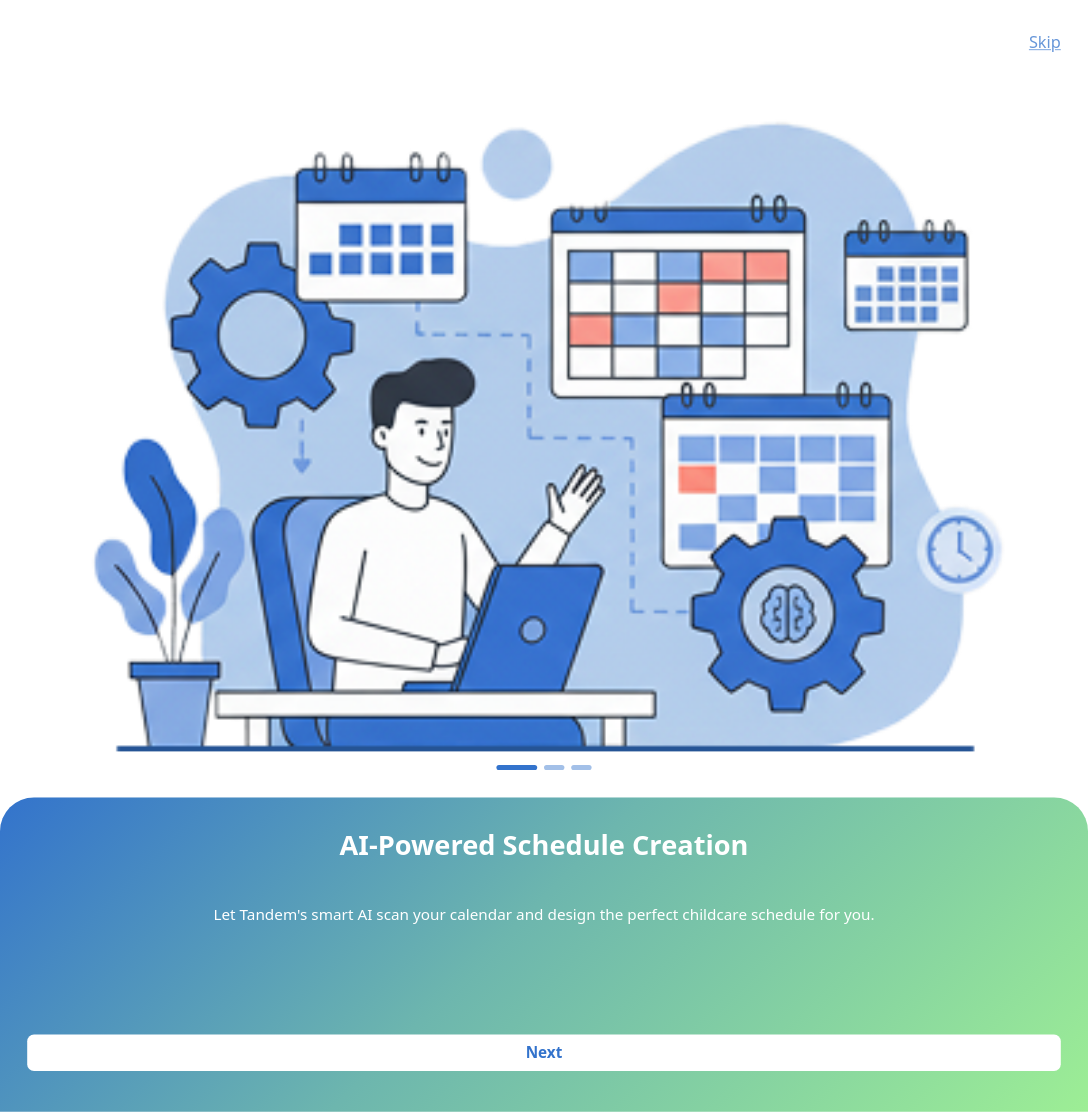
Repository: IDSP-TRADECARE/Tandem
Page: /boarding/features
These files come from the project's save history. The page is drawn as it stood at one moment and after a run of saves; the edit follows.
The browser window is 1280 px wide. The pictures show the whole page, at 85% of full size.
The page's requests for data from a server got no answer. Some web fonts or font styles are not loaded; a fallback is used. The project was rebuilt for these pictures with package versions that can differ from the ones it lists, and the page was loaded fresh each time. Some packages were replaced by stand-ins written for this rebuild. The framework's server and built-in components were replaced by stand-ins that run in the browser. No one was signed in, and anything a server would have sent is missing. Also part of the build but not shown: next.config.ts, src/app/components/auth/AuthGuard.tsx.

Above is the page before, as saved 2025-11-23 00:28:35.

### src/app/layout.tsx
/* eslint-disable @next/next/no-page-custom-font */
import { ClerkProvider } from '@clerk/nextjs'
import { SocketProvider } from '@/lib/socket/SocketContext'
import './globals.css'
import type { Metadata } from "next";
import { AuthWrapper } from './components/auth/AuthWrapper';


export const metadata: Metadata = {
  title: "Tandem",
  description: "Share childcare with your community",
  icons: {
    icon: 'brand/logoColor.svg',
  },
};

export default function RootLayout({
  children,
}: Readonly<{
  children: React.ReactNode;
}>) {
  return (
    <ClerkProvider>
      <html lang="en">
        <head>
          {/* Omnes Pro from Adobe Fonts */}
          <link rel="stylesheet" href="https://use.typekit.net/pku8yek.css" />

          {/* Alan Sans from Google Fonts */}
          <link rel="preconnect" href="https://fonts.googleapis.com" />
          <link rel="preconnect" href="https://fonts.gstatic.com" crossOrigin="anonymous" />
          <link href="https://fonts.googleapis.com/css2?family=Alan+Sans:wght@300..900&display=swap" rel="stylesheet" />
        </head>
        <body className="antialiased">
          <SocketProvider>
            <AuthWrapper>
              {children}
            </AuthWrapper>
          </SocketProvider>
        </body>
      </html>
    </ClerkProvider>
  )
}

### src/app/boarding/features/page.tsx
"use client";
import { useState } from "react";
import { useRouter } from "next/navigation";
import styles from "./features.module.css";

const features = [
    {
        id: 1,
        title: "AI-Powered Schedule Creation",
        description:
            "Let Tandem's smart AI scan your calendar and design the perfect childcare schedule for you.",
        imgSrc: "/boarding/Graphic-ai-powered-feature1.png",
    },
    {
        id: 2,
        title: "Seamless Nanny Booking",
        description:
            "Effortlessly discover and book reliable nannies tailored to your family's needs.",
        imgSrc: "/boarding/Seamless-nanny-booking-feature2.png",
    },
    {
        id: 3,
        title: "Intelligent Nanny Sharing",
        description:
            "Team up with nearby families to share trusted nannies, cutting costs while building lasting connections.",
        imgSrc: "/boarding/Intelligent-nanny-sharing-feature3.png",
    },
];

export default function FeaturesPage() {
    const [currentIndex, setCurrentIndex] = useState(0);
    const router = useRouter();

    const handleNext = () => {
        if (currentIndex < features.length - 1) {
            setCurrentIndex(currentIndex + 1);
        } else {
            router.push("./sign-up");
        }
    };

    const handleSkip = () => {
        router.push("./sign-up");
    };

    const handlePrevious = () => {
        if (currentIndex > 0) {
            setCurrentIndex(currentIndex - 1);
        }
    };

    const currentFeature = features[currentIndex];
    const showPrevious = currentIndex > 0;

    return (
        <div className={styles.container}>
            <button
                className={styles.skipButton}
                onClick={handleSkip}
            >
                Skip
            </button>

            <div className={styles.imageSection}>
                <div className={styles.imageContainer}>
                    <img
                        src={currentFeature.imgSrc}
                        alt={`Feature ${currentFeature.id}`}
                    />
                </div>
                <div className={styles.progressDots}>
                    {features.map((_, index) => (
                        <div
                            key={index}
                            className={`${styles.dot} ${
                                index === currentIndex ? styles.active : ""
                            }`}
                        />
                    ))}
                </div>
            </div>

            <div className={styles.contentButtons}>
                <div className={styles.content}>
                    <h1 className={styles.title}>{currentFeature.title}</h1>
                    <p className={styles.description}>
                        {currentFeature.description}
                    </p>
                </div>
                <div className={styles.navigationButtons}>
                    {showPrevious && (
                        <button
                            className={styles.previousButton}
                            onClick={handlePrevious}
                        >
                            Previous
                        </button>
                    )}
                    <button
                        className={styles.nextButton}
                        onClick={handleNext}
                    >
                        Next
                    </button>
                </div>
            </div>
        </div>
    );
}

### src/lib/socket/SocketContext.tsx
'use client';

import { createContext, useContext, useEffect, useState } from 'react';
import { io, Socket } from 'socket.io-client';
import { ClientToServerEvents, ServerToClientEvents } from './types';

type TypedSocket = Socket<ServerToClientEvents, ClientToServerEvents>;

interface SocketContextType {
  socket: TypedSocket | null;
  isConnected: boolean;
}

const SocketContext = createContext<SocketContextType>({
  socket: null,
  isConnected: false,
});

export function SocketProvider({ children }: { children: React.ReactNode }) {
  const [socket, setSocket] = useState<TypedSocket | null>(null);
  const [isConnected, setIsConnected] = useState(false);

  useEffect(() => {
    const socketUrl = process.env.NEXT_PUBLIC_SOCKET_URL || 'http://localhost:3001';

    console.log('Connecting to Socket.IO server:', socketUrl);

    const socketInstance: TypedSocket = io(socketUrl, {
      transports: ['websocket', 'polling'],
    });

    socketInstance.on('connect', () => {
      console.log('✅ Socket connected:', socketInstance.id);
      setIsConnected(true);
    });

    socketInstance.on('disconnect', () => {
      console.log('❌ Socket disconnected');
      setIsConnected(false);
    });

    socketInstance.on('connect_error', (error) => {
      console.error('Socket connection error:', error);
      setIsConnected(false);
    });

    setSocket(socketInstance);

    return () => {
      socketInstance.disconnect();
    };
  }, []);

  return (
    <SocketContext.Provider value={{ socket, isConnected }}>
      {children}
    </SocketContext.Provider>
  );
}

export const useSocket = () => useContext(SocketContext);

### src/app/globals.css
@import "tailwindcss";

@theme {
  /* Font families */
  --font-family-alan: "Alan Sans", sans-serif;
  --font-family-omnes: "omnes-pro", sans-serif;

  /* Primary Colors */
  --color-primary: #3373cc;
  --color-primary-lighter: #a3c0e8;
  --color-primary-light: #91b3e3;
  --color-primary-light-hover: #91b3e3;
  --color-primary-light-active: #7aa4de;
  --color-primary-hover: #2b62ad;
  --color-primary-active: #255495;
  --color-primary-dark: #122847;
  --color-primary-dark-hover: #0d1d33;
  --color-primary-dark-active: #060d16;

  /* Secondary Colors */
  --color-secondary: #92f189;
  --color-secondary-lighter: #cef9ca;
  --color-secondary-light: #c4f7bf;
  --color-secondary-light-hover: #c4f7bf;
  --color-secondary-light-active: #b8f6b2;
  --color-secondary-hover: #7ccd74;
  --color-secondary-active: #6bb064;
  --color-secondary-dark: #335430;
  --color-secondary-dark-hover: #253c22;
  --color-secondary-dark-active: #101b0f;

  /* Analogous Colors */
  --color-analogous: #68d5ff;
  --color-analogous-lighter: #bbecff;
  --color-analogous-light: #ade8ff;
  --color-analogous-light-hover: #ade8ff;
  --color-analogous-light-active: #9de4ff;
  --color-analogous-hover: #58b5d9;
  --color-analogous-active: #4c9bba;
  --color-analogous-dark: #244b59;
  --color-analogous-dark-hover: #1a3540;
  --color-analogous-dark-active: #0b171c;

  /* Success */
  --color-success: #95b548;

  /* Warning */
  --color-warning: #d78f26;

  /* Error */
  --color-error: #c43535;

  /* Neutral Colors */
  --color-neutral-50: #e6e6e8;
  --color-neutral-100: #b0b0b8;
  --color-neutral-200: #8a8a96;
  --color-neutral-300: #545466;
  --color-neutral-400: #333349;
  --color-neutral-500: #00001b;
  --color-neutral-600: #000019;
  --color-neutral-700: #000013;
  --color-neutral-800: #00000f;
  --color-neutral-900: #00000b;
}

@layer base {
  :root {
    /* Semantic mappings for shadcn */
    --background: 0 0% 100%;
    --foreground: var(--color-neutral-500);
    --card: 0 0% 100%;
    --card-foreground: var(--color-neutral-500);
    --popover: 0 0% 100%;
    --popover-foreground: var(--color-neutral-500);
    --primary-foreground: 0 0% 98%;
    --secondary-foreground: var(--color-neutral-500);
    --muted: var(--color-neutral-50);
    --muted-foreground: var(--color-neutral-300);
    --accent: var(--color-analogous-light);
    --accent-foreground: var(--color-neutral-500);
    --destructive: var(--color-error);
    --destructive-foreground: 0 0% 98%;
    --border: var(--color-neutral-100);
    --input: var(--color-neutral-100);
    --ring: var(--color-primary);
    --radius: 0.5rem;
    --gradient-primary: linear-gradient(135deg, #3373CC 0%, #6DB6AE 46%, #9DEE95 100%);
  }

  .dark {
    --background: var(--color-neutral-500);
    --foreground: 0 0% 98%;
    --card: var(--color-neutral-400);
    --card-foreground: 0 0% 98%;
    --popover: var(--color-neutral-400);
    --popover-foreground: 0 0% 98%;
    --primary-foreground: var(--color-neutral-500);
    --secondary-foreground: 0 0% 98%;
    --muted: var(--color-neutral-300);
    --muted-foreground: var(--color-neutral-100);
    --accent: var(--color-analogous-dark);
    --accent-foreground: 0 0% 98%;
    --destructive-foreground: 0 0% 98%;
    --border: var(--color-neutral-300);
    --input: var(--color-neutral-300);
    --ring: var(--color-primary-light);
    --gradient-primary: linear-gradient(135deg, #3373CC 0%, #6DB6AE 46%, #9DEE95 100%);
  }

  /* Font utilities */
  .font-alan {
    font-family: var(--font-family-alan);
    font-optical-sizing: auto;
  }

  .font-omnes {
    font-family: var(--font-family-omnes);
  }
}

/* FullCalendar Custom Styles */
.fullcalendar-container {
  font-family: inherit;
}

.fc {
  font-size: 14px;
}

.fc .fc-toolbar-title {
  font-size: 1.5rem;
  font-weight: 700;
  color: var(--color-primary);
}

.fc .fc-button {
  background-color: var(--color-primary);
  border-color: var(--color-primary);
  color: white;
  border-radius: 8px;
  padding: 6px 12px;
  font-weight: 600;
}

.fc .fc-button:hover {
  background-color: var(--color-primary-hover);
  border-color: var(--color-primary-hover);
}

.fc .fc-button-active {
  background-color: var(--color-primary-dark);
  border-color: var(--color-primary-dark);
}

.fc .fc-col-header-cell {
  background-color: var(--color-neutral-50);
  padding: 12px;
  font-weight: 600;
  color: var(--color-primary);
}

.fc .fc-daygrid-day-number {
  font-weight: 600;
  color: var(--color-primary);
  padding: 8px;
}

.fc .fc-daygrid-day.fc-day-today {
  background-color: var(--color-primary-lighter) !important;
}

.fc .fc-event {
  border-radius: 6px;
  padding: 4px 6px;
  font-size: 12px;
  font-weight: 600;
  cursor: pointer;
}

.fc .fc-timegrid-event {
  border-radius: 6px;
  padding: 4px;
}

.fc .fc-timegrid-slot {
  height: 3em;
}

.fc .fc-scrollgrid {
  border-color: var(--neutral-100) !important;
}

@layer utilities {
  .bg-gradient-primary {
    background: var(--gradient-primary);
  }
}

### src/app/components/auth/AuthWrapper.tsx
'use client';

import { usePathname } from 'next/navigation';
import { AuthGuard } from './AuthGuard';

export function AuthWrapper({ children }: { children: React.ReactNode }) {
  const pathname = usePathname();

  // Routes that don't require authentication
  const publicRoutes = ['/boarding/features', '/sign-in', '/sign-up'];
  const isPublicRoute = pathname === '/' || publicRoutes.some(route => pathname?.startsWith(route));

  if (isPublicRoute) {
    return <>{children}</>;
  }

  return <AuthGuard>{children}</AuthGuard>;
}

### src/app/boarding/features/features.module.css
.container {
    min-height: 100vh;
    display: flex;
    flex-direction: column;
    background: #fff;
}

.skipButton {
    position: absolute;
    top: 1.75rem;
    right: 1rem;
    background: none;
    border: none;
    color: var(--color-primary);
    font-size: 1.2rem;
    cursor: pointer;
    z-index: 10;
    padding: 0.5rem 1rem;
    text-decoration: underline;
    opacity: 0.75;
}

.imageSection {
    flex: 1;
    display: flex;
    flex-direction: column;
    align-items: center;
    justify-content: center;
    background: #fff;
    padding: 1rem 0;
    position: relative;
}

.imageContainer {
    flex: 1;
    display: flex;
    align-items: center;
    justify-content: center;
    width: 100%;
}

.imageContainer img {
    width: 120%;
    max-width: none;
    height: auto;
    object-fit: contain;
}

.progressDots {
    display: flex;
    gap: 0.5rem;
    justify-content: center;
    padding: 1rem 0;
}

.dot {
    width: 1.5rem;
    height: 0.375rem;
    border-radius: 0.25rem;
    background-color: var(--color-primary-lighter);
    transition: all 0.5s;
}

.dot.active {
    background: var(--color-primary);
    width: 3rem;
}

.contentButtons {
    background: var(--gradient-primary);
    border-top-left-radius: 2.5rem;
    border-top-right-radius: 2.5rem;
    padding: 2rem;
    width: 100%;
    display: flex;
    flex-direction: column;
    gap: 8rem;
}

.content {
    display: flex;
    flex-direction: column;
    align-items: center;
    text-align: center;
}

.title {
    font-size: 2rem;
    font-weight: bold;
    color: #fff;
    margin-bottom: 2.75rem;
}

.description {
    font-size: 1.125rem;
    color: #fff;
    margin-bottom: 0;
}

.navigationButtons {
    display: flex;
    gap: 1rem;
    width: 100%;
    margin-bottom: 1rem;
}

.previousButton {
    flex: 1;
    padding: 0.5rem;
    background: rgba(255, 255, 255, 0.2);
    color: #fff;
    border: 1px solid #fff;
    border-radius: 0.5rem;
    font-size: 1.125rem;
    font-weight: bold;
    cursor: pointer;
    transition: all 0.3s;
}

.previousButton:hover {
    background: rgba(255, 255, 255, 0.3);
}

.previousButton:active {
    opacity: 0.8;
}

.nextButton {
    flex: 1;
    padding: 0.5rem;
    background: #fff;
    color: var(--color-primary);
    border: none;
    border-radius: 0.5rem;
    font-size: 1.125rem;
    font-weight: bold;
    cursor: pointer;
    transition: opacity 0.3s;
}

.nextButton:hover {
    opacity: 0.9;
}

.nextButton:active {
    opacity: 0.8;
}

After the next 2 saves:
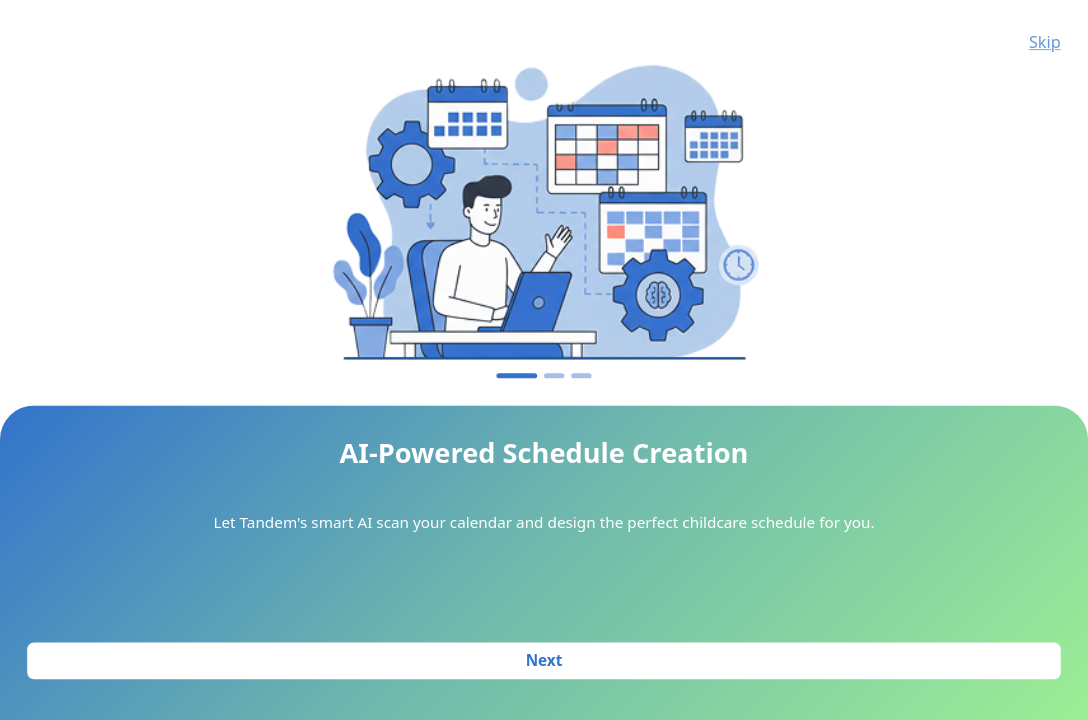
The 2 saves are shown as one change because they came seconds apart.
The last was saved 8 s later.
--- a/src/app/boarding/features/features.module.css
+++ b/src/app/boarding/features/features.module.css
@@ -29,6 +29,7 @@
     background: #fff;
     padding: 1rem 0;
     position: relative;
+    overflow: hidden;
 }
 
 .imageContainer {
@@ -37,11 +38,12 @@
     align-items: center;
     justify-content: center;
     width: 100%;
+    padding: 0 1rem;
 }
 
 .imageContainer img {
-    width: 120%;
-    max-width: none;
+    width: 90%;
+    max-width: 600px;
     height: auto;
     object-fit: contain;
 }
